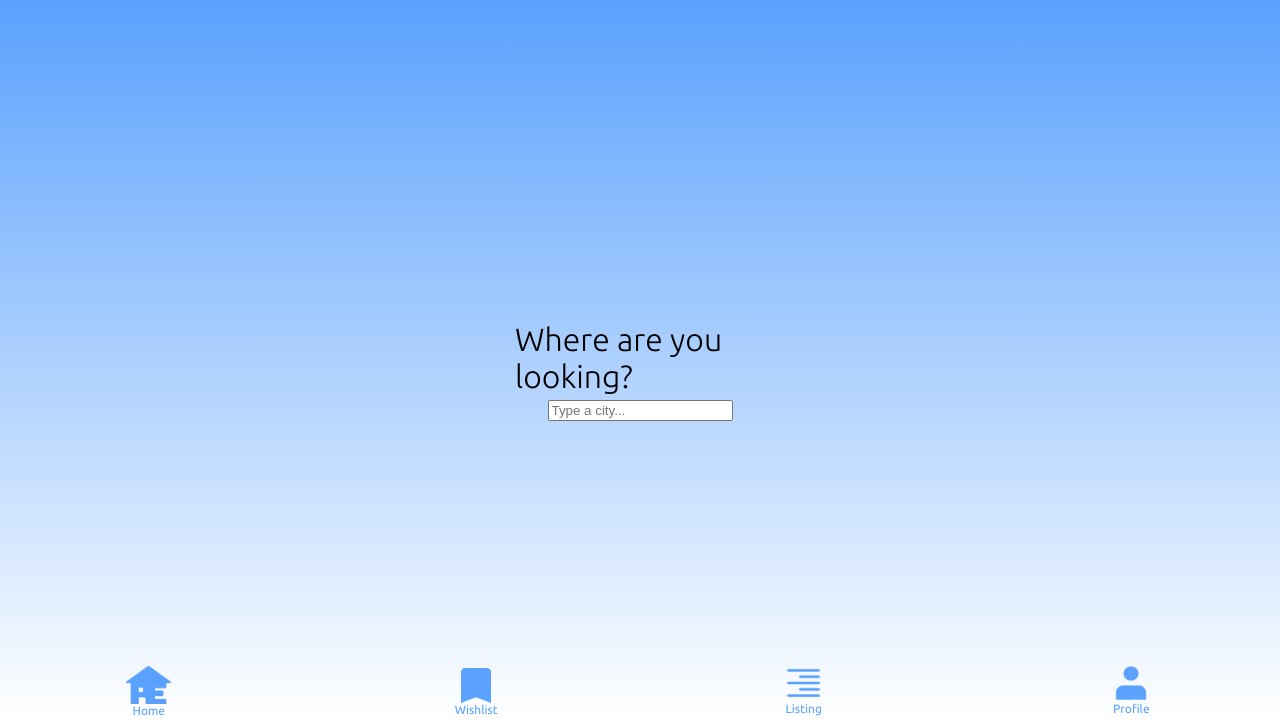
Repository: msyukurrr/realeasy
Page: /listing
These files come from the project's save history. The page is drawn as it stood at one moment and after the next save; the edit follows.
The browser window is 1280 px wide. The pictures show the whole page.
The project was rebuilt for these pictures with package versions that can differ from the ones it lists, and the page was loaded fresh each time. The framework's server and built-in components were replaced by stand-ins that run in the browser. Also part of the build but not shown: next.config.js.

Above is the page before, as saved 2023-01-27 20:04:30.

After the next save:
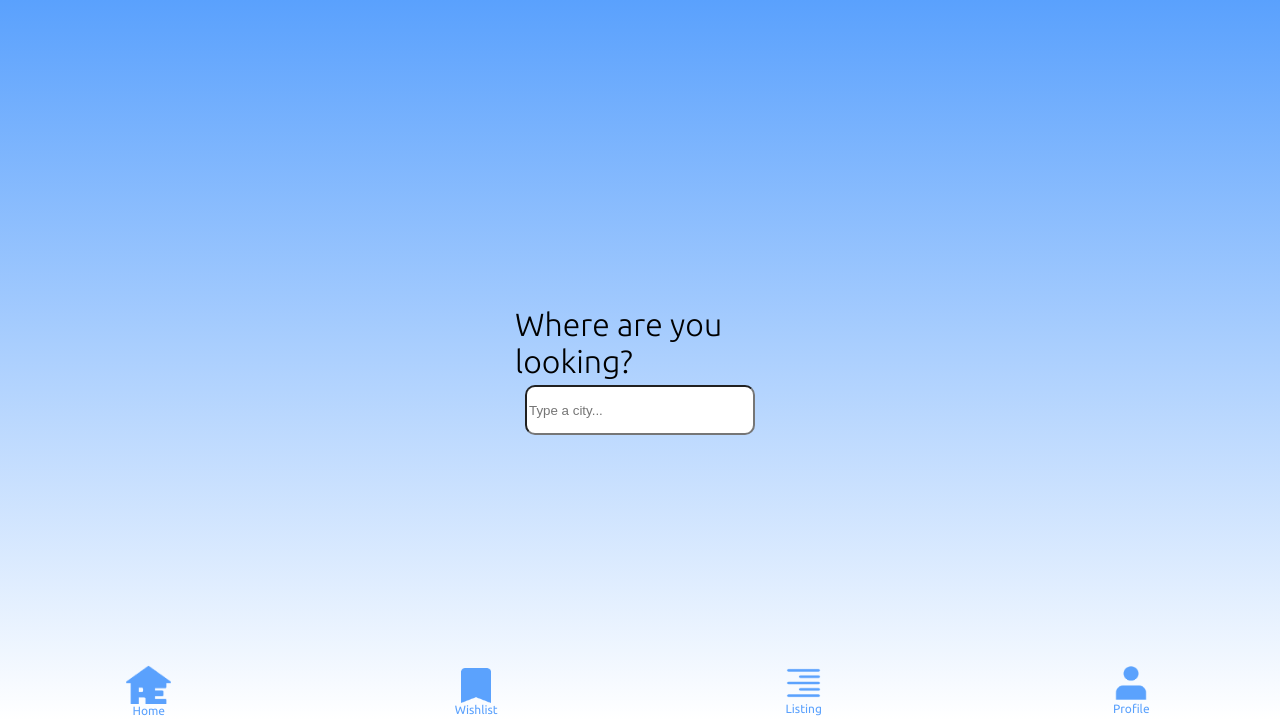
Saved 49 s later.
--- a/pages/listing.js
+++ b/pages/listing.js
@@ -9,7 +9,7 @@ export default function Listing(){
 
         <Heading headingtxt="Where are you looking?"/>
 
-        <input placeholder="Type a city..."></input>
+        <input placeholder="Type a city..." style={{width:230, height:50, borderRadius:10, backgroundColor:"white"}}></input>
 
 
 
